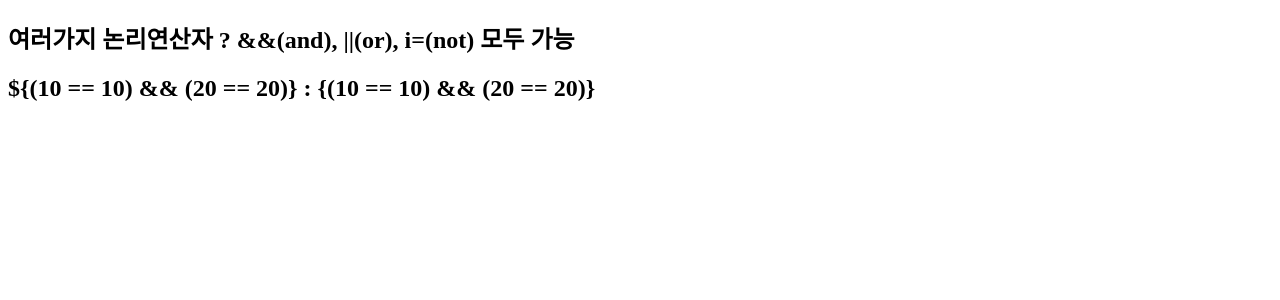
Repository: leehojun95/HJ-Developer
Page: http://localhost/webShop/sec14/elTest4.jsp
The author's editor kept a copy of each file at every save. The page is drawn from the files as they stood at one save, then again after the next save.
The browser window is 1280 px wide. The pictures show the whole page.
The page is served by Tomcat 9. Other server files are loaded and not shown.

Above is the page before, as saved 2024-04-24 08:24:41.

### webShop/src/main/webapp/sec14/elTest4.jsp
<%@ page language="java" contentType="text/html; charset=UTF-8"
    pageEncoding="UTF-8"%>
<!DOCTYPE html>
<html>
<head>
<meta charset="UTF-8">
<title>Insert title here</title>
</head>
<body>
	<h2>여러가지 논리연산자 ? &&(and), ||(or), i=(not) 모두 가능</h2>
	<h2>
		\${(10 == 10) && (20 == 20)} : {(10 == 10) && (20 == 20)}<br>
	</h2>
</body>
</html>

After the next save:
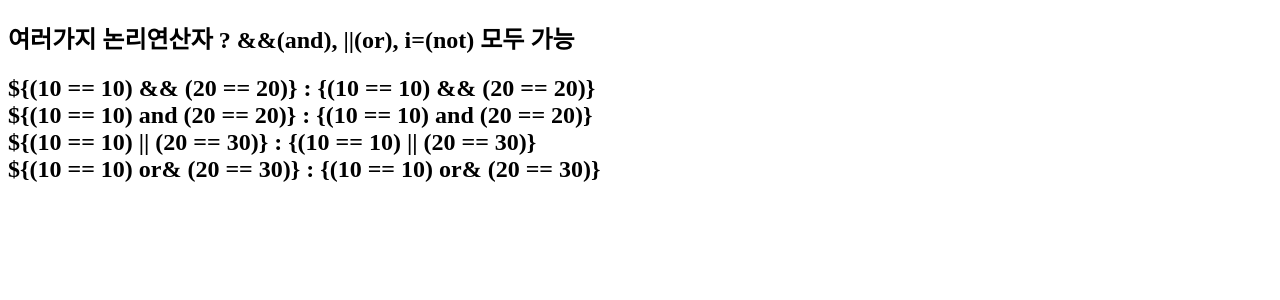
Saved 39 s later.
--- a/webShop/src/main/webapp/sec14/elTest4.jsp
+++ b/webShop/src/main/webapp/sec14/elTest4.jsp
@@ -10,6 +10,10 @@
 	<h2>여러가지 논리연산자 ? &&(and), ||(or), i=(not) 모두 가능</h2>
 	<h2>
 		\${(10 == 10) && (20 == 20)} : {(10 == 10) && (20 == 20)}<br>
+		\${(10 == 10) and (20 == 20)} : {(10 == 10) and (20 == 20)}<br>
+
+		\${(10 == 10) || (20 == 30)} : {(10 == 10) || (20 == 30)}<br>
+		\${(10 == 10) or& (20 == 30)} : {(10 == 10) or& (20 == 30)}<br>
 	</h2>
 </body>
 </html>
